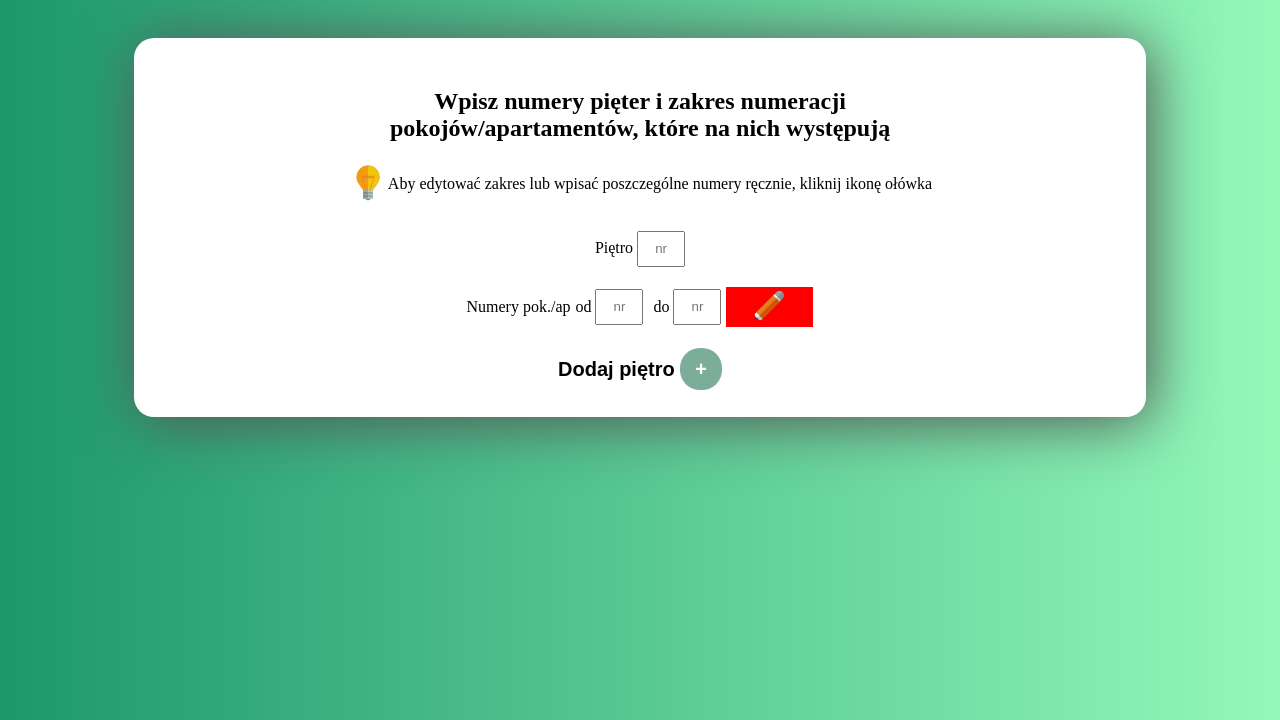
Repository: kateotto/vue-hotel-app
Page: /
These files come from the project's save history. The page is drawn as it stood at one moment and after the next save; the edit follows.
The browser window is 1280 px wide. The pictures show the whole page.
The project was rebuilt for these pictures with package versions that can differ from the ones it lists, and the page was loaded fresh each time. Also part of the build but not shown: src/components/Rooms.vue, src/components/Floor.vue.

Above is the page before, as saved 2020-03-15 23:02:44.

After the next save:
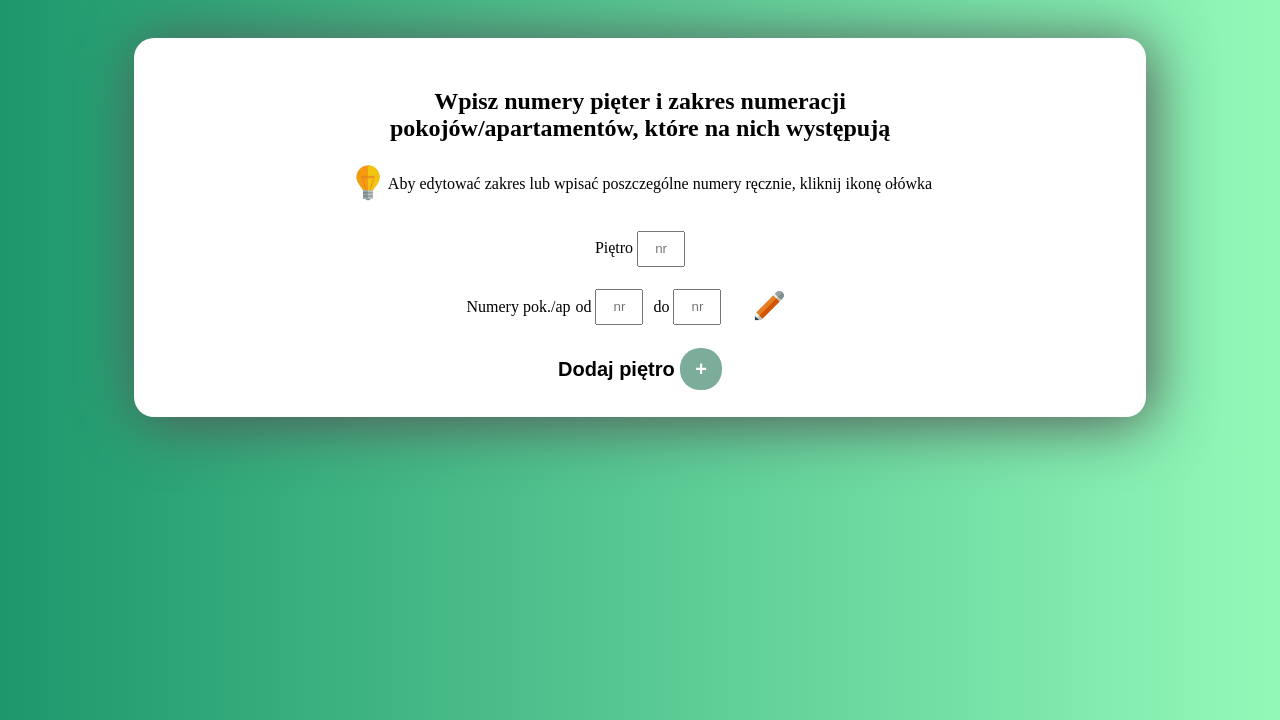
Saved 4 s later.
--- a/src/components/Container.vue
+++ b/src/components/Container.vue
@@ -217,7 +217,7 @@ label {
 
 .pen-button {
   border: none;
-  background-color: red;
+  background-color: transparent;
   cursor: pointer;
   outline: #fff;
 }
